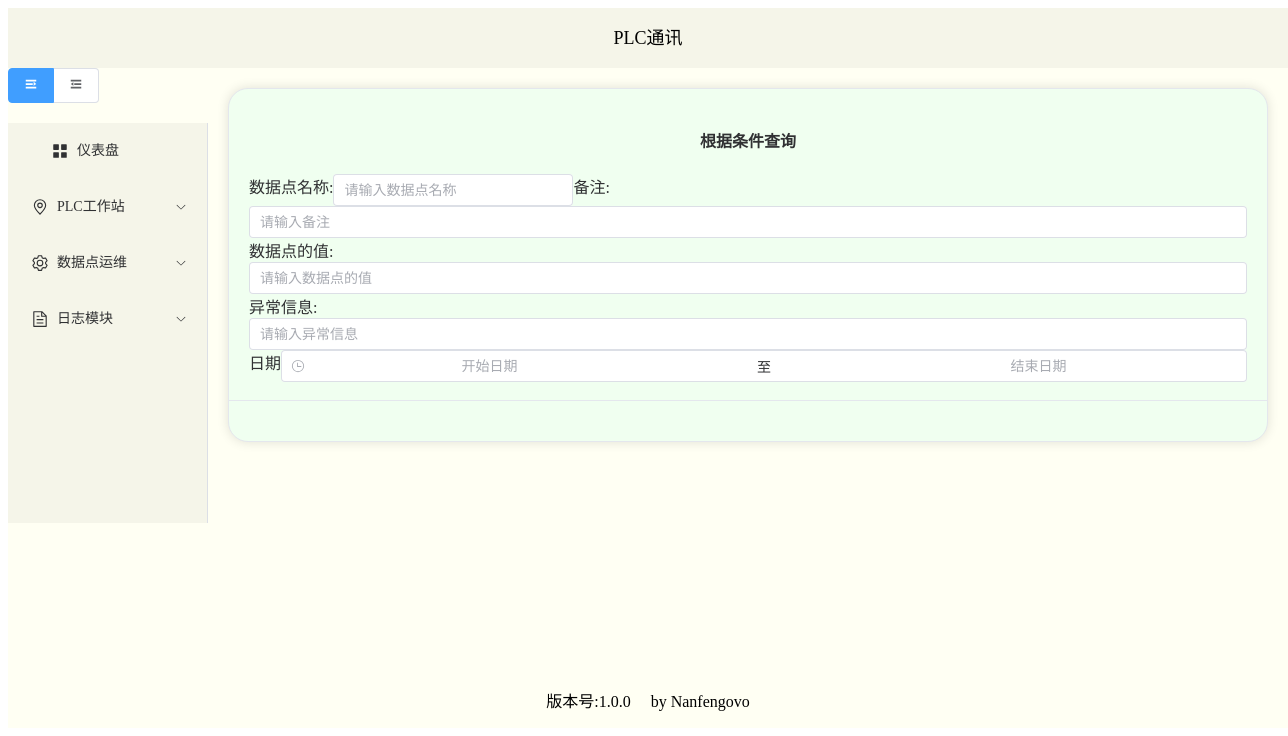
Repository: nanfengovo/HelperWorkStation
Page: /#/frameWork/PLCWorkstation/S7 (app in HelperWorkStation/plchelper-ui/)
The author's editor kept a copy of each file at every save. The page is drawn from the files as they stood at one save, then again after the next save.
The browser window is 1280 px wide. The page is 1288 px wide, so the pictures cover 1288 px, including what lies to the right of the window. The pictures show the whole page.
The project was rebuilt for these pictures with package versions that can differ from the ones it lists, and the page was loaded fresh each time. Also part of the build but not shown: HelperWorkStation/plchelper-ui/vite.config.ts, HelperWorkStation/plchelper-ui/src/views/Login/index.vue.

Above is the page before, as saved 2025-02-15 23:19:11.

After the next save:
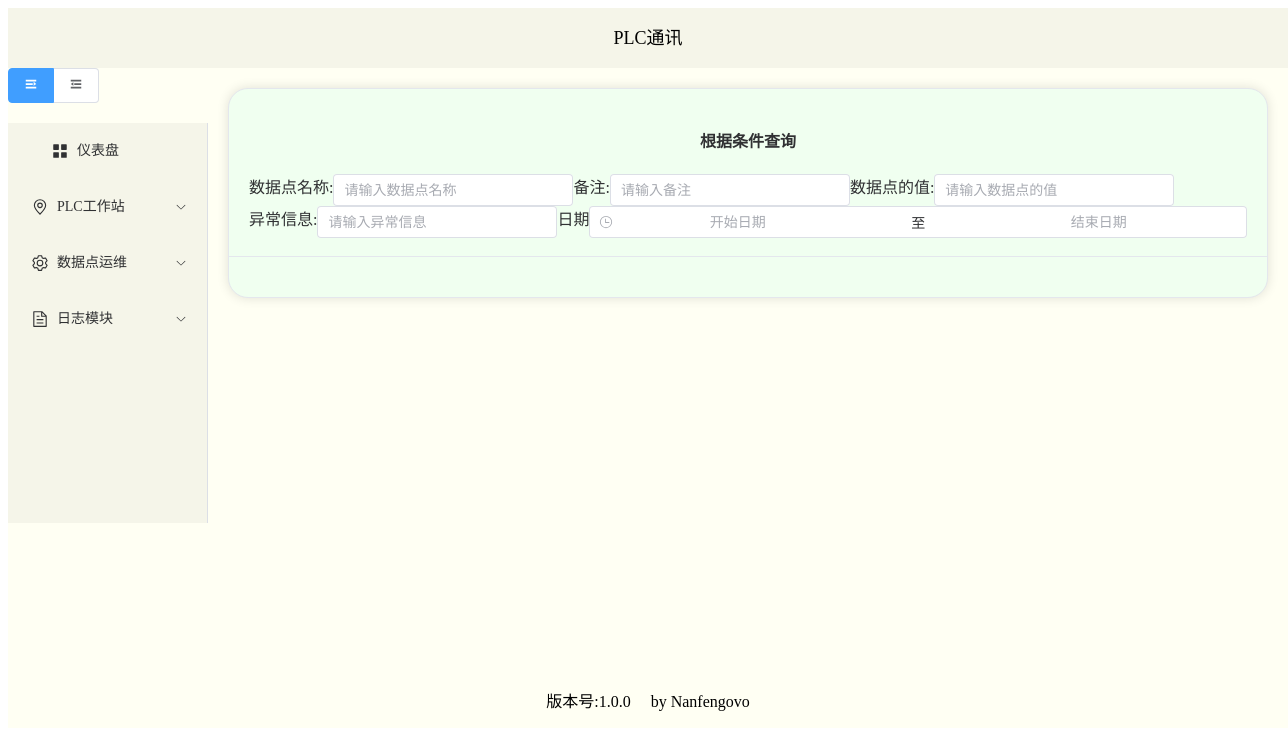
Saved 7 s later.
--- a/HelperWorkStation/plchelper-ui/src/views/FrameWork/layout/PLCWorkstation/S7/index.vue
+++ b/HelperWorkStation/plchelper-ui/src/views/FrameWork/layout/PLCWorkstation/S7/index.vue
@@ -49,7 +49,7 @@
 .card-header{
     text-align: center;
 }
-.Query-card el-input{
+.Query-card .el-input{
     width: 240px;
 }
 </style>
